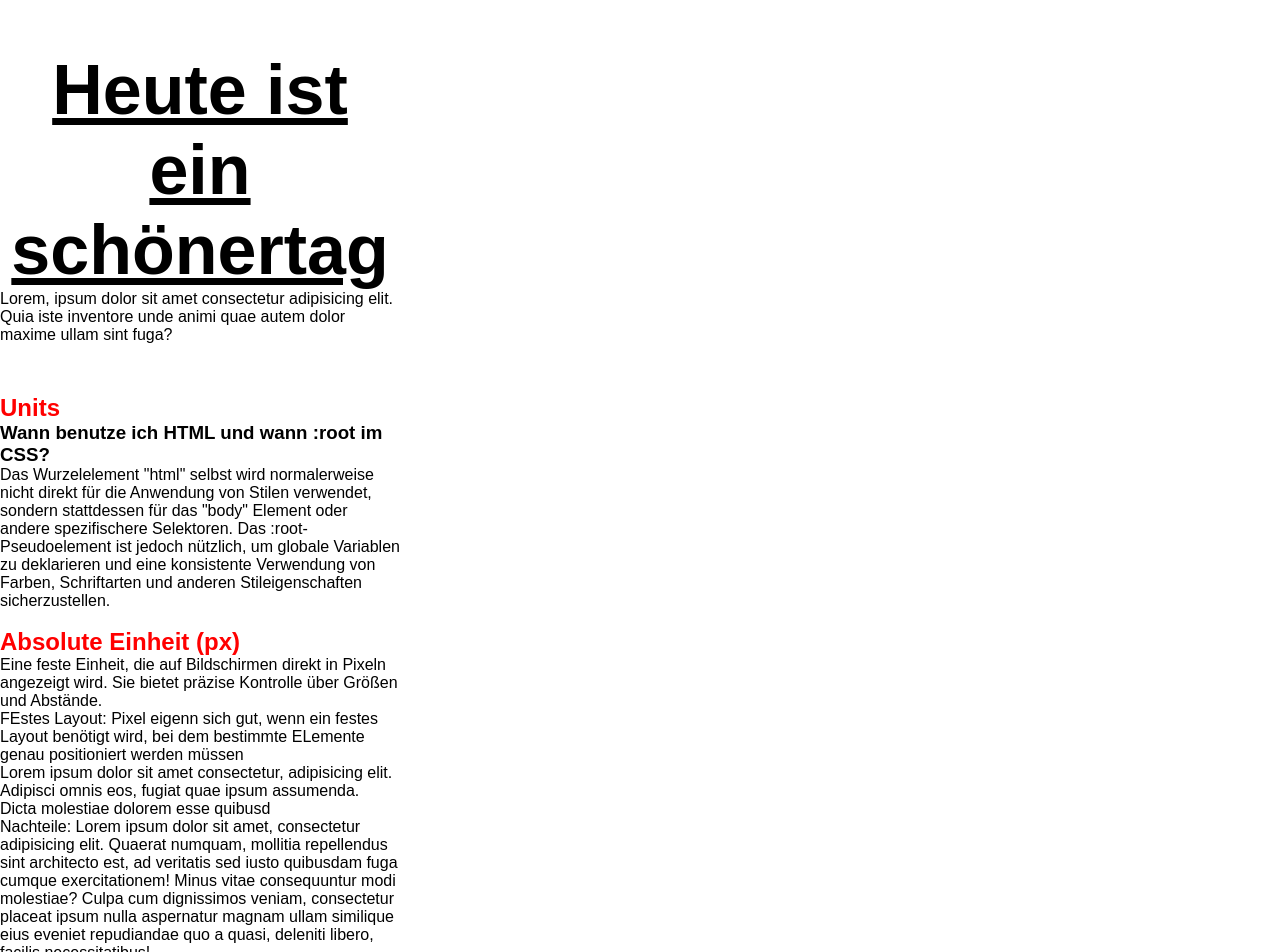
Repository: m0lt/modul_1
Page: 20250703_Tag3/index.html
An editor plug-in stored every save of this project. The page is shown before and after the next save, followed by the edit.
The browser window is 1280 px wide. The pictures show the part of the page from y = 0 to 952 px (the page is 1880 px tall before and 1930 px after).
A picture or video elsewhere on the page could not be fetched, so the positions and the page height are approximate. Some web fonts or font styles are not loaded; a fallback is used.

Above is the page before, as saved 2025-07-03 10:33:16.

After the next save:
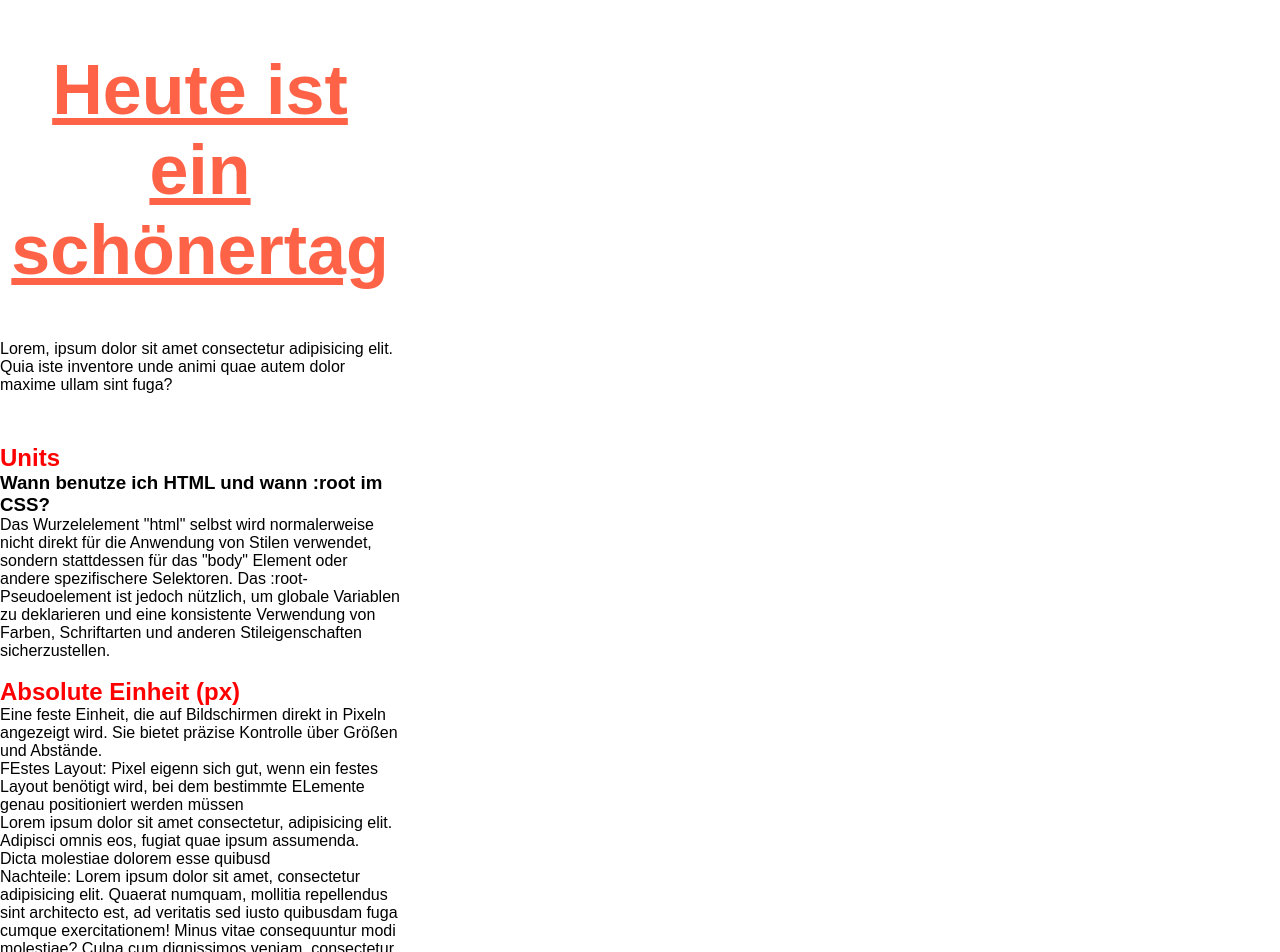
Saved 85 s later.
--- a/20250703_Tag3/assets/css/styles.css
+++ b/20250703_Tag3/assets/css/styles.css
@@ -41,5 +41,7 @@
     font-family: Caveat-Variable, sans-serif;
     font-size: 70px;
     text-decoration: underline;
-    text-align: center;
+    text-align: center; /*Horizontale Ausrichtung*/
+    color: tomato;
+    margin-bottom: 50px;
 }
